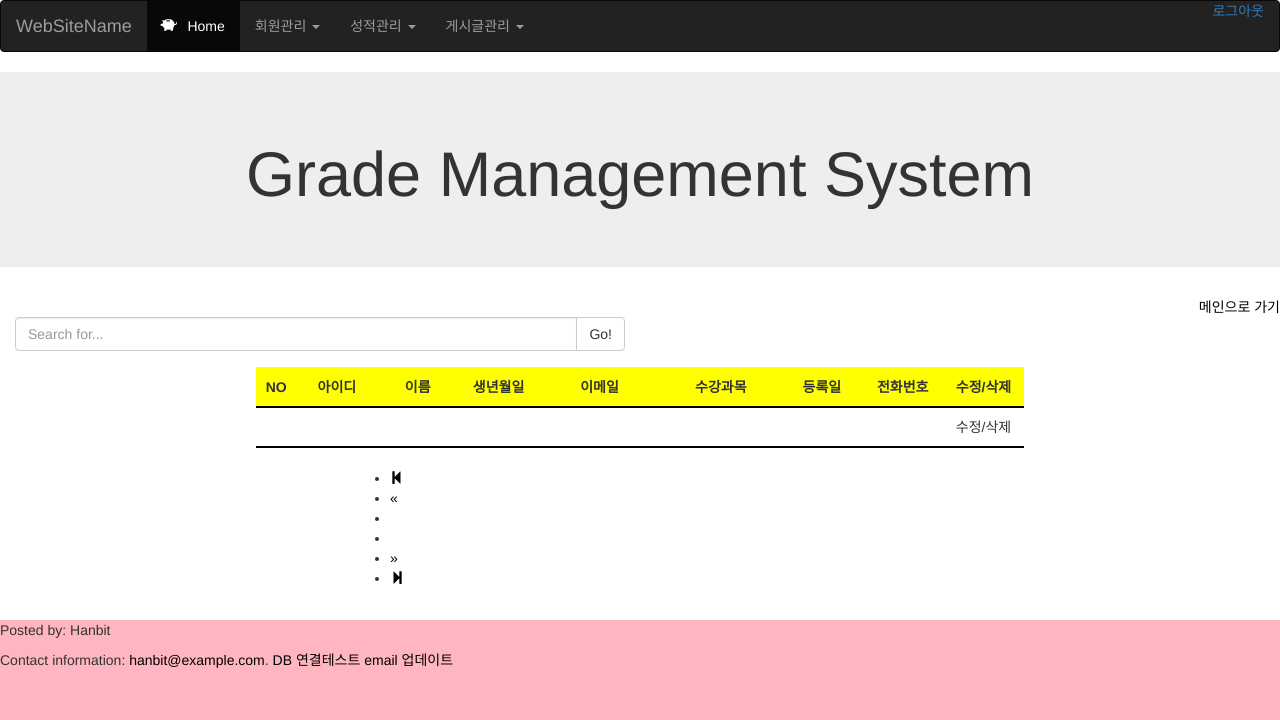
Repository: jeonghyunseok/GMSUI
Page: http://localhost/GMS2/WEB-INF/view/member/member_list.jsp
An editor plug-in stored every save of this project. The page is shown before and after the next save, followed by the edit.
The browser window is 1280 px wide. The pictures show the whole page.
Some web libraries are served in a nearby version. The page is served by Tomcat 9. Nobody is signed in. The template is opened directly, without the code that normally fills it, so the values that code supplies are empty.

Above is the page before, as saved 2017-08-21 06:59:06.

After the next save:
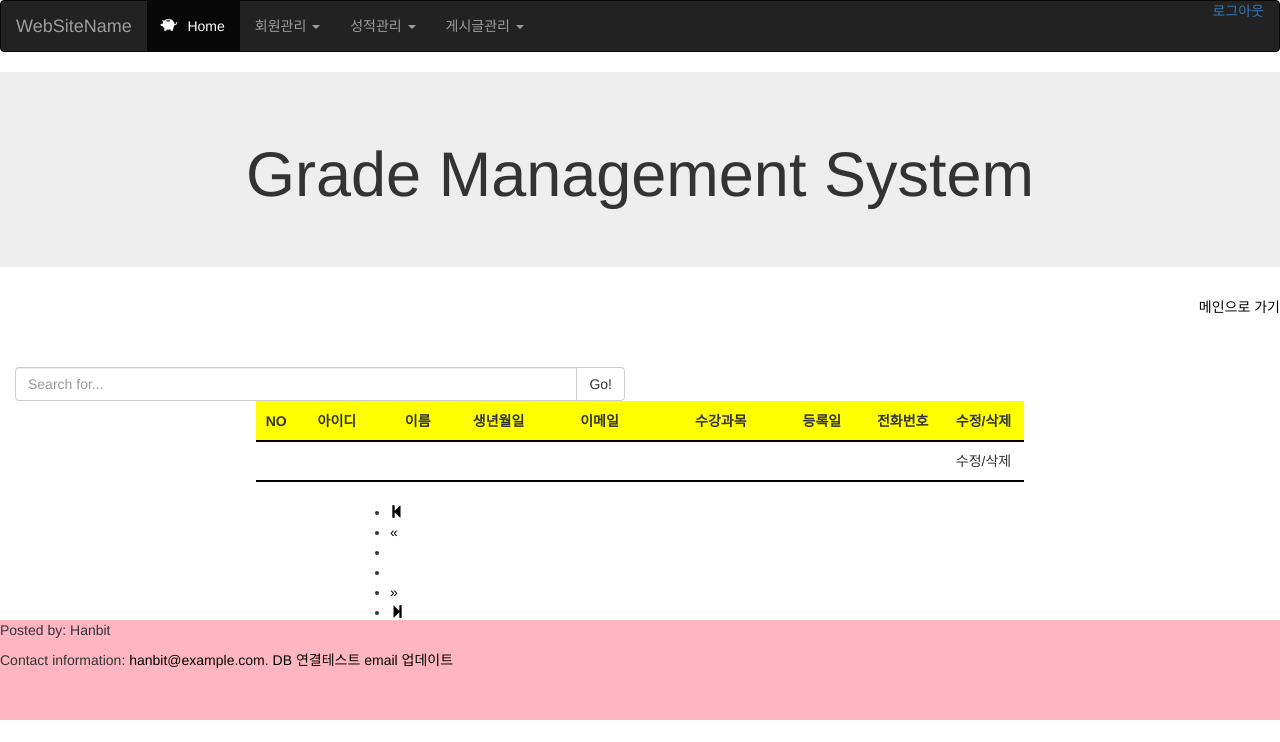
Saved 47 s later.
--- a/GMS2/WebContent/WEB-INF/view/member/member_list.jsp
+++ b/GMS2/WebContent/WEB-INF/view/member/member_list.jsp
@@ -5,7 +5,7 @@
 
 <div id="container">
 
-  <div class="col-lg-6">
+  <div class="col-lg-6" style="margin-top:50px">
     <div class="input-group">
       <input type="text" class="form-control" placeholder="Search for...">
       <span class="input-group-btn">
@@ -14,7 +14,7 @@
     </div><!-- /input-group -->
   </div><!-- /.col-lg-6 -->
 </div><!-- /.row -->
-<table id="member_list_tab" style="margin-top:50px">
+<table id="member_list_tab" >
 		<tr>
 		<th style="width: 5%;">NO</th>
 		<th style="width: 10%;">아이디</th>
